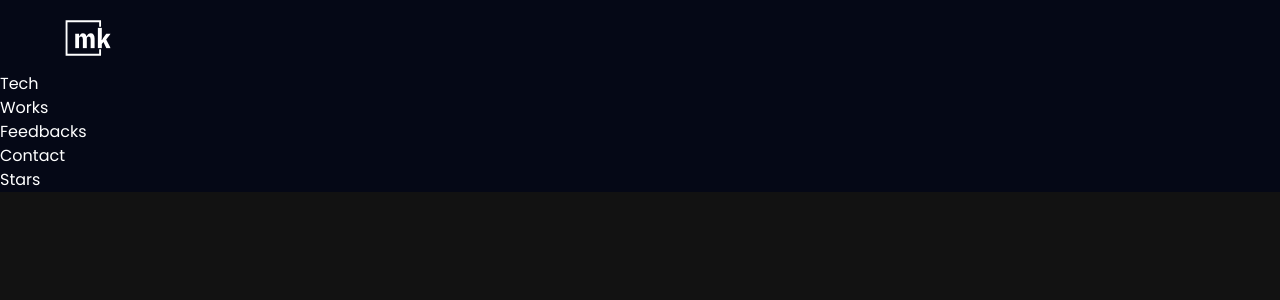
Repository: mosesvk/Portfolio_23
Page: /
The author's editor kept a copy of each file at every save. The page is drawn from the files as they stood at one save, then again after the next save.
The browser window is 1280 px wide. The pictures show the whole page.
The project was rebuilt for these pictures with package versions that can differ from the ones it lists, and the page was loaded fresh each time. Also part of the build but not shown: next.config.js, vite.config.js, src/components/canvas/Earth.jsx, src/components/canvas/Ball.jsx, src/components/canvas/Computers.jsx.

Above is the page before, as saved 2023-04-24 16:12:06.

After the next save:
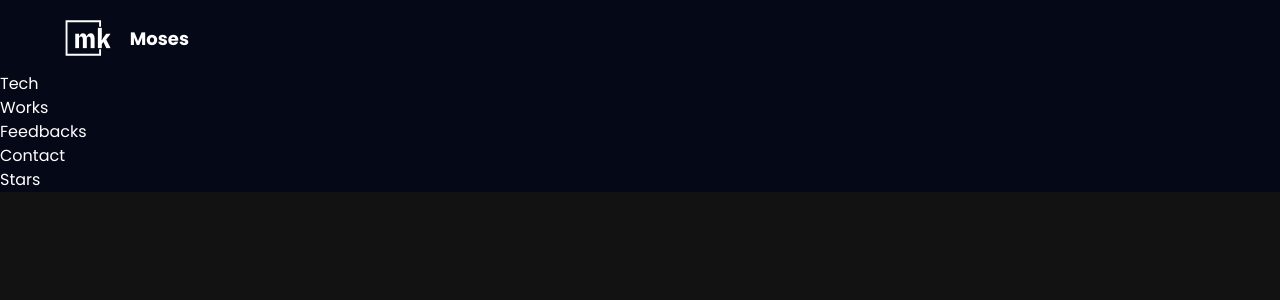
Saved 70 s later.
--- a/src/components/Navbar.jsx
+++ b/src/components/Navbar.jsx
@@ -20,8 +20,9 @@
           }}
         >
           <img src={logo} alt='logo' className='h-9 object-contain'/>
-          <p className='text-white text-[18px] font-bold cursor-pointer'></p>
+          <p className='text-white text-[18px] font-bold cursor-pointer'>Moses</p>
         </Link>
+        <p className="text-red-500"></p>
       </div>
     </nav>
   );
